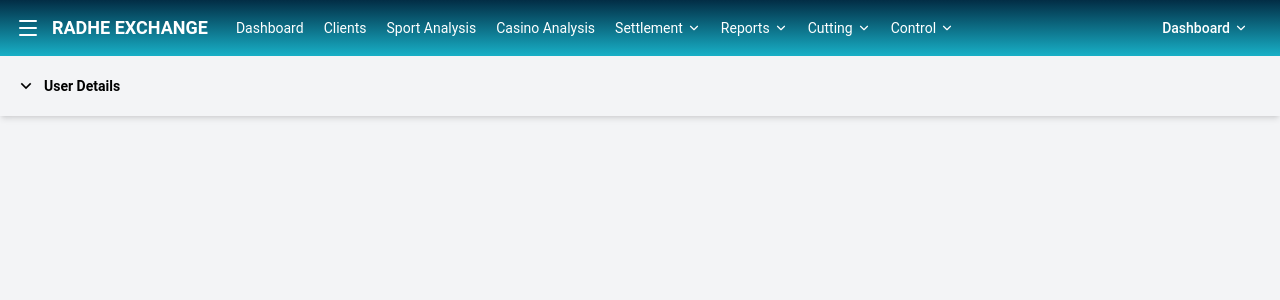
Repository: Habeebur1493/Radhe-Exchange
Page: /dashboard (app in frontend/)
An editor plug-in stored every save of this project. The page is shown before and after the next save, followed by the edit.
The browser window is 1280 px wide. The pictures show the whole page.
Some web libraries are served in a nearby version. The project was rebuilt for these pictures with package versions that can differ from the ones it lists, and the page was loaded fresh each time. Also part of the build but not shown: frontend/vite.config.js, frontend/src/components/login.jsx, frontend/src/components/Register.jsx.

Above is the page before, as saved 2025-03-04 10:36:36.

After the next save:
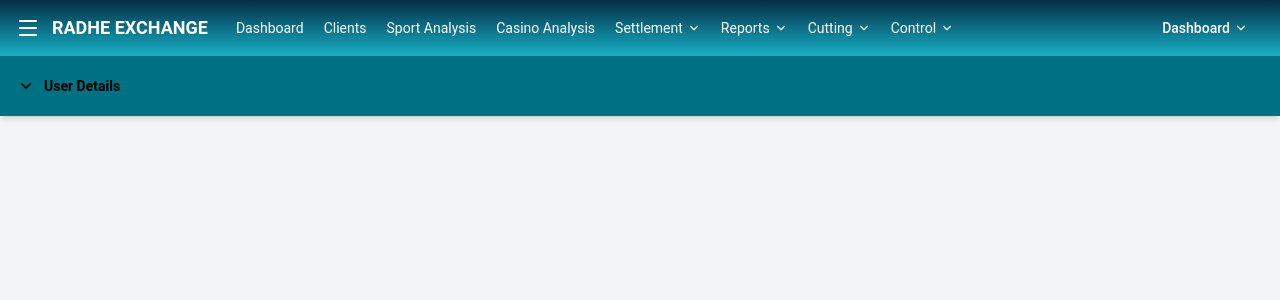
Saved 75 s later.
--- a/frontend/src/components/dashboard.jsx
+++ b/frontend/src/components/dashboard.jsx
@@ -215,7 +215,7 @@ const Dashboard = () => {
       </nav>
 
       {/* Header */}
-      <header className="bg-gray-100 p-4 shadow-md">
+      <header className="bg-[#007182] p-4 shadow-md">
       {/* Dropdown Toggle */}
       <div
         className="cursor-pointer flex items-center space-x-2"
@@ -227,7 +227,7 @@ const Dashboard = () => {
 
       {/* Dropdown Content */}
       {isOpen && (
-        <div className="bg-[#007182] transition-all duration-300">
+        <div className="bg-[#007182] text-white transition-all duration-300">
           <div className="grid grid-cols-5 gap-4 mr-4 text-gray-800">
             {[
               { label: "User ID", value: "776demo" },
